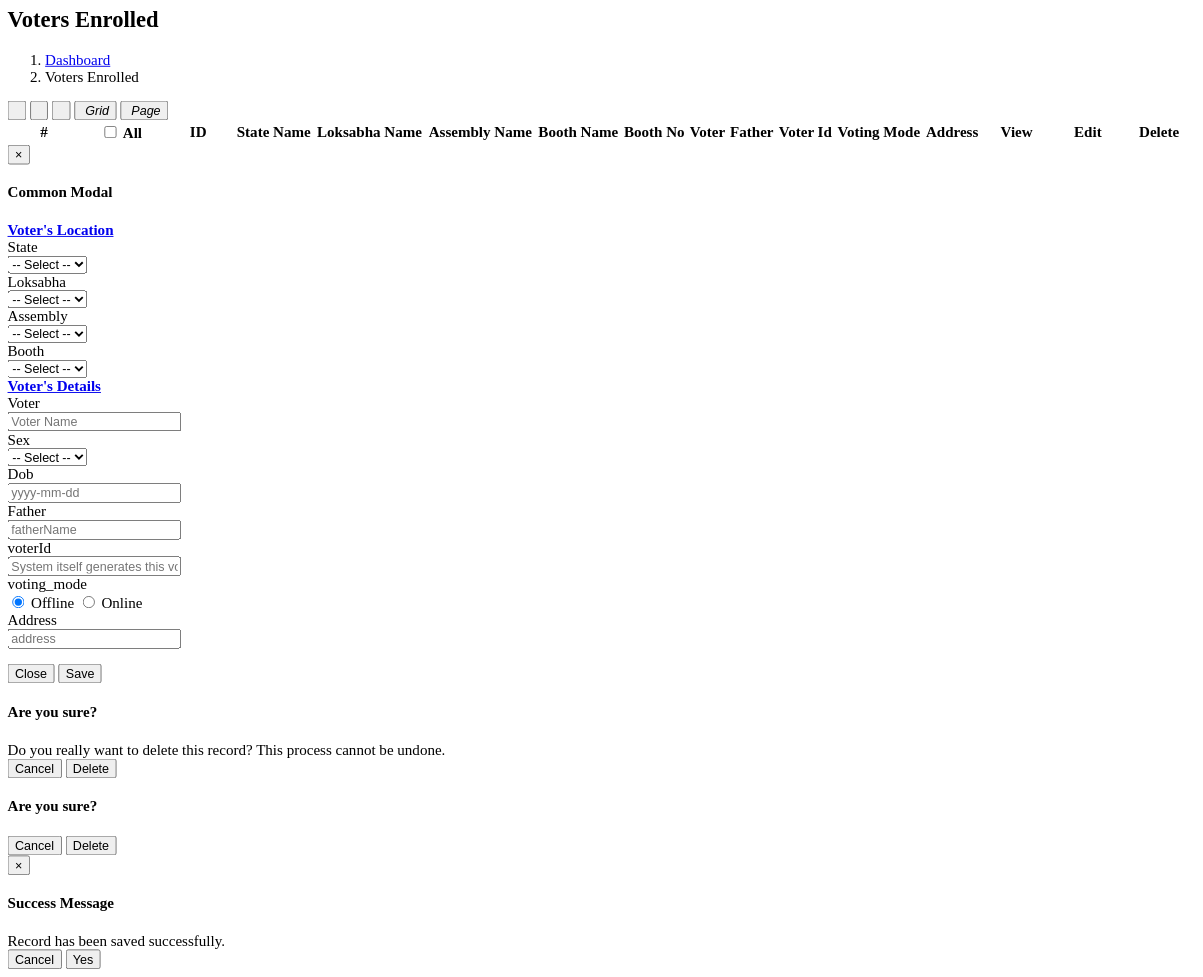
Repository: sanjeev167/IndiaOnLineVoting_3112020
Page: http://localhost/IndiaOnLineVoting/WEB-INF/jsp/voter/voteLockAuditTrail.jsp
The author's editor kept a copy of each file at every save. The page is drawn from the files as they stood at one save, then again after the next save.
The browser window is 1280 px wide. The pictures show the whole page, at 94% of full size.
The page is served by Tomcat 9. Nobody is signed in. The template is opened directly, without the code that normally fills it, so the values that code supplies are empty.

Above is the page before, as saved 2020-10-29 13:12:10.
Console error: SyntaxError: Unexpected token '<'

After the next save:
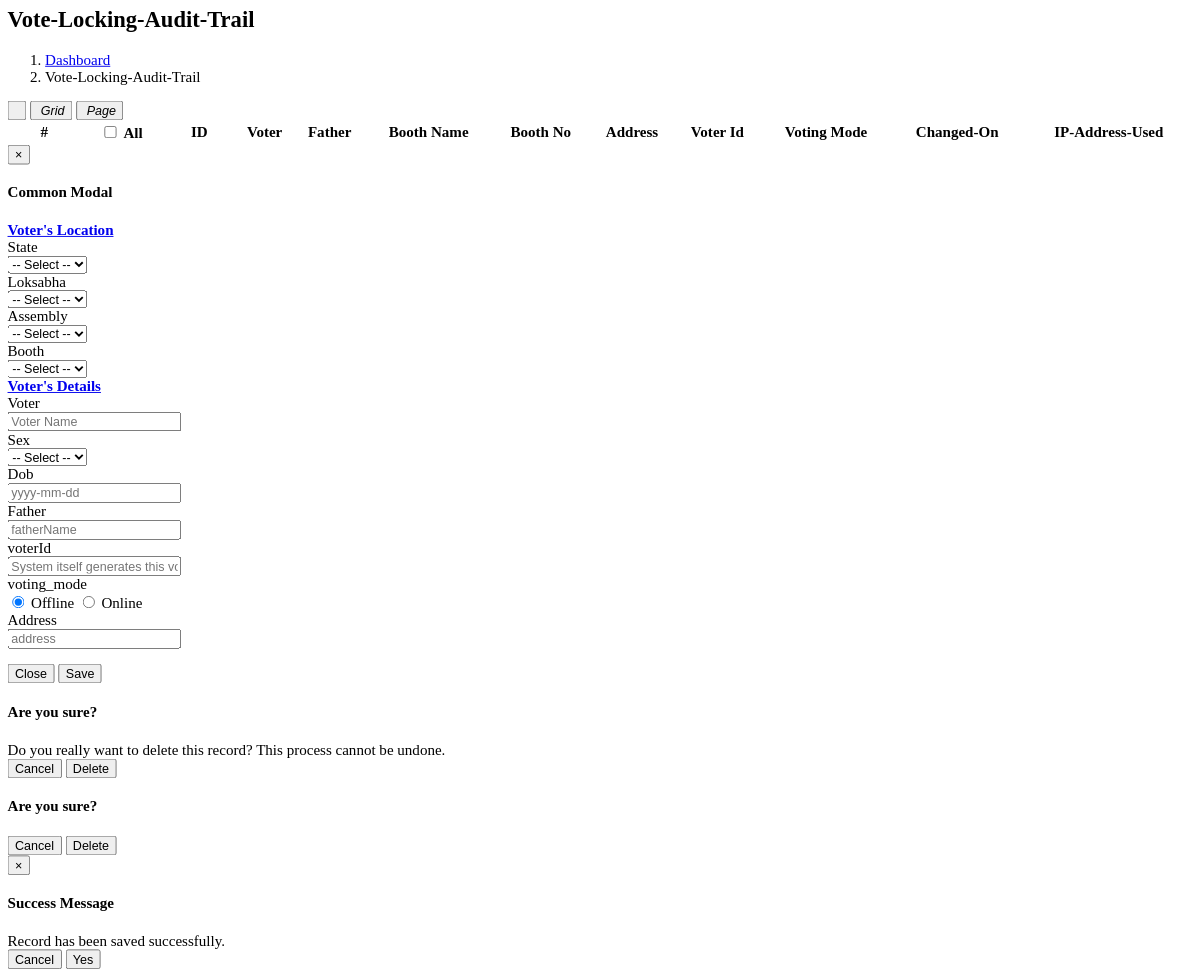
Saved 33 min 41 s later.
--- a/IndiaOnLineVoting/src/main/webapp/WEB-INF/jsp/voter/voteLockAuditTrail.jsp
+++ b/IndiaOnLineVoting/src/main/webapp/WEB-INF/jsp/voter/voteLockAuditTrail.jsp
@@ -1,10 +1,10 @@
 
 <!-- Content Header (Page header) -->
 <section class="content-header">
-	<h1>Voters Enrolled</h1>
+	<h1>Vote-Locking-Audit-Trail</h1>
 	<ol class="breadcrumb">
 		<li><a href="#"><i class="fa fa-dashboard"></i> Dashboard</a></li>
-		<li class="active">Voters Enrolled</li>
+		<li class="active">Vote-Locking-Audit-Trail</li>
 	</ol>
 </section>
 
@@ -16,12 +16,7 @@
 				<div class="box-header with-border">
 
 					<div class="box-title">
-						<button type="button">
-							<i class="fa fa-plus addClass" data-toggle="modal">&nbsp;</i>
-						</button>
-						<button type="button" id="deleteSelected">
-							<i class="fa fa-trash-o" data-toggle="modal">&nbsp;</i>
-						</button>
+
 						<button type="button">
 							<i class="fa fa-search searchClass" data-toggle="modal">&nbsp;</i>
 						</button>
@@ -43,21 +38,15 @@
 								<th width="7%"><input id="chkAll" type="checkbox">&nbsp;All</th>
 
 								<th width="6%">ID</th>
-								<th>State Name</th>
-								<th>Loksabha Name</th>
-								<th>Assembly Name</th>
+								<th>Voter</th>
+								<th>Father</th>
 								<th>Booth Name</th>
 								<th>Booth No</th>
-								<th>Voter</th>
-								<th>Father</th>
-								<th>Voter Id</th>
+								<th>Address</th>
+                                <th>Voter Id</th>
 								<th>Voting Mode</th>
-								<th>Address</th>
-
-
-								<th width="6%">View</th>
-								<th width="6%">Edit</th>
-								<th width="6%">Delete</th>
+								<th>Changed-On</th>
+								<th>IP-Address-Used</th>
 							</tr>
 						</thead>
 
